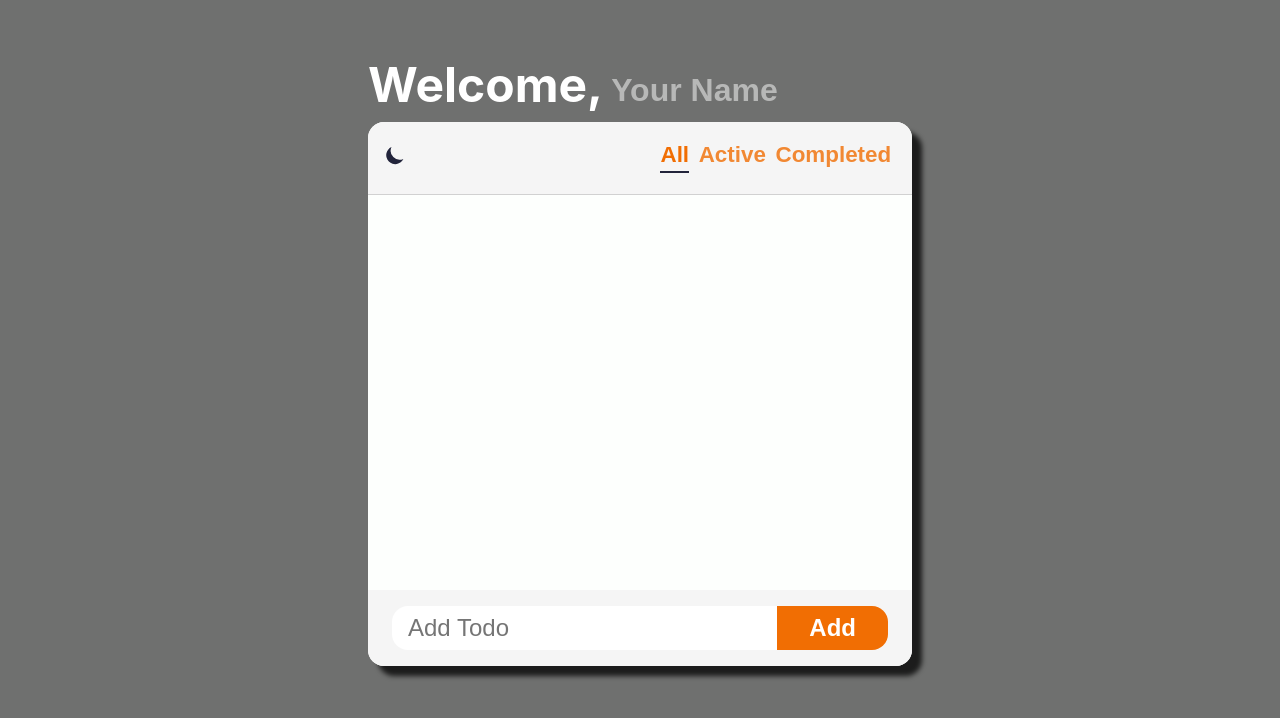
Repository: MrJinkyu/TodoList
Page: /
An editor plug-in stored every save of this project. The page is shown before and after the next save, followed by the edit.
The browser window is 1280 px wide. The pictures show the whole page.
The project was rebuilt for these pictures with package versions that can differ from the ones it lists, and the page was loaded fresh each time. Also part of the build but not shown: src/components/Todo.module.css, src/components/Todo.jsx.

Above is the page before, as saved 2023-05-01 16:56:29.

### src/index.js
import React from 'react';
import ReactDOM from 'react-dom/client';
import './index.css';
import App from './App';
import reportWebVitals from './reportWebVitals';
import Greeting from './components/Greeting';

const root = ReactDOM.createRoot(document.getElementById('root'));
root.render(
  <React.StrictMode>
    <Greeting/>
    <App />
  </React.StrictMode>
);

// If you want to start measuring performance in your app, pass a function
// to log results (for example: reportWebVitals(console.log))
// or send to an analytics endpoint. Learn more: https://bit.ly/CRA-vitals
reportWebVitals();

### src/index.css
:root{
  --color-body: #6f706f;
  --color-bg-dark:#f5f5f5;
  --color-bg: #fdfffd;
  --color-grey: #d1d1d1;
  --color-text: #22243b;
  --color-accent: #f16e03;
  --color-white: white;
  --color-scrollbar: #aaa7a7;
}

html.dark{
  --color-bg-dark: #1a1c35;
  --color-bg: #22243b;
  --color-grey: #4e4e4e;
  --color-text: #fdfffd;
}

*{
  box-sizing: border-box;
  padding: 0;
  margin: 0;
}

button{
  border: none;
  outline: none;
  cursor: pointer;
  background-color: transparent;
}

ul,li{
  list-style: none;
}

body {
  margin: 0;
  font-family: -apple-system, BlinkMacSystemFont, 'Segoe UI', 'Roboto', 'Oxygen',
    'Ubuntu', 'Cantarell', 'Fira Sans', 'Droid Sans', 'Helvetica Neue',
    sans-serif;
  -webkit-font-smoothing: antialiased;
  -moz-osx-font-smoothing: grayscale;
  width: 100vw;
  height: 100vh;
  display: flex;
  justify-content: center;
  align-items: center;
  background-color: var(--color-body);
  font-size: 1.2rem;
  accent-color: var(--color-accent);
}

code {
  font-family: source-code-pro, Menlo, Monaco, Consolas, 'Courier New',
    monospace;
}

::-webkit-scrollbar {
  width: 0.5rem
}

::-webkit-scrollbar-track {
  background-color: var(--color-bg-dark);
}

::-webkit-scrollbar-thumb {
  background-color: var(--color-scrollbar);
}

::-webkit-scrollbar-thumb:hover {
  background-color: var(--color-accent);
}

### src/App.js
import { useState } from "react";
import TodoList from "./components/TodoList";
import Header from "./components/Header";
import { DarkModeProvider } from "./context/DarkModeContext";
import './App.css';

const filters = ['all', 'active', 'completed'];
function App() {
  const [filter, setFilter] = useState(filters[0]);
  return (
    <div className="app">
    <DarkModeProvider>
      <Header filters={filters} filter={filter} onFilterChange={setFilter}/>
      <TodoList filter={filter}/>
    </DarkModeProvider>
    </div>
  );
}

export default App;

### src/components/Greeting.jsx
import React, { useEffect, useState } from 'react';
import styles from './Greeting.module.css';

export default function Greeting() {
    const [name, setName] = useState(readName);
    const handleChange = (e) => {
        setName(e.target.value);
    }
    useEffect(()=>{
        localStorage.setItem('name',JSON.stringify(name));
    },[name]);
    return (
        <div className={styles.greeting}>
            <h2>Welcome,</h2>
            <input
                placeholder='your name'
                type='text'
                className={styles.text}
                value={name}
                onChange={handleChange}
            />
        </div>
    );
}

function readName(){
    const name = localStorage.getItem('name');
    return name ? JSON.parse(name) : '';
}

### src/components/TodoList.jsx
import React, { useEffect, useState } from 'react';
import AddTodo from './AddTodo';
import Todo from './Todo';
import styles from './TodoList.module.css';

export default function TodoList({filter}) {
    const [todos, setTodos] = useState(readTodo);
    const handleAdd = (todo) => {
        setTodos([...todos, todo]);
    }
    const handleUpdate = (updated) => {
        setTodos(todos.map((todo) => todo.id === updated.id ? updated : todo));
    }
    const handleDelete = (deleted) => {
        setTodos(todos.filter((todo) => todo.id !== deleted.id));
    }
    const filtered = getFilteredItems(todos, filter);

    useEffect(()=>{
        localStorage.setItem('todos',JSON.stringify(todos));
    },[todos]);
    return (
        <section className={styles.container}>
            <ul className={styles.list}>
                {filtered.map((item) => (
                    <Todo
                        key={item.id}
                        todo={item}
                        onUpdate={handleUpdate}
                        onDelete={handleDelete}
                    />
                ))}
            </ul>
            <AddTodo onAdd={handleAdd}/>
        </section>
    );
}

function getFilteredItems(todos, filter){
    if(filter === 'all'){
        return todos;
    }
    return todos.filter((todo) => todo.status === filter);
}

function readTodo(){
    const todos = localStorage.getItem('todos');
    return todos ? JSON.parse(todos) : [];
}

### src/components/Header.jsx
import React from 'react';
import styles from './Header.module.css';
import { useDarkMode } from '../context/DarkModeContext';
import { HiMoon, HiSun } from 'react-icons/hi';

export default function Header({filters, filter, onFilterChange}) {
    const {darkMode, toggleDarkMode} = useDarkMode();

    return (
        <header className={styles.header}>
            <button className={styles.toggle} onClick={toggleDarkMode}>
                {!darkMode && <HiMoon></HiMoon>}
                {darkMode && <HiSun></HiSun>}
            </button>
            <ul className={styles.filters}>
                {filters.map((value,index) => (
                    <li key={index}>
                        <button
                            onClick={() => onFilterChange(value)}
                            className={`${styles.filter} ${filter === value && styles.selected}`}
                        >
                            {value}
                        </button>
                    </li>
                ))}
            </ul>
        </header>
    );
}

### src/context/DarkModeContext.jsx
const { createContext, useState, useContext } = require("react");

const DarkModeContext = createContext();

export function DarkModeProvider({children}){
    const [darkMode, setDarkMode] = useState(false);
    const toggleDarkMode = () => {
        setDarkMode(!darkMode);
        updateDarkMode(!darkMode);
    }

    return (
        <DarkModeContext.Provider value={{darkMode, toggleDarkMode}}>
            {children}
        </DarkModeContext.Provider>
    )
}

export const useDarkMode = () => useContext(DarkModeContext);

function updateDarkMode(darkMode){
    if(darkMode){
        document.documentElement.classList.add('dark');
    }else{
        document.documentElement.classList.remove('dark');
    }
}

### src/App.css
.app{
    overflow: hidden;
    display: flex;
    flex-direction: column;
    width: 34rem;
    height: 34rem;
    background-color: var(--color-bg);
    border-radius: 1rem;
    box-shadow: 10px 10px 5px 0px rgba(0,0,0,0.75);
  -webkit-box-shadow: 10px 10px 5px 0px rgba(0,0,0,0.75);
  -moz-box-shadow: 10px 10px 5px 0px rgba(0,0,0,0.75);
  }

### src/components/Greeting.module.css
.greeting{
    width: 34rem;
    display: flex;
    align-items: center;
    color: var(--color-white);
    font-size: 2rem;
    margin-bottom: 0.5rem;
}

h2{
    animation: show 2s 1s forwards;
    opacity: 0;
}

@keyframes show {
    from{
        opacity: 0;
    }
    to{
        opacity: 1;
    }
}

.text{
    margin-left: 0.5rem;
    border: none;
    outline: none;
    cursor: pointer;
    background-color: transparent;
    color: var(--color-white);
    font-size: 3rem;
    font-weight: bold;
    text-transform: capitalize;
    flex: 1 1 auto;
    animation: show 2s 2s forwards;
    opacity: 0;
}

.text::placeholder{

    font-size: 2rem;
    color: white;
    opacity: 0.5;
}

### src/components/AddTodo.jsx
import React, { useState } from 'react';
import {v4 as uuidv4} from 'uuid';
import styles from './AddTodo.module.css';

export default function AddTodo({onAdd}) {
    const [text, setText] = useState('');
    const handleChange = (e) => {
        setText(e.target.value);
    }
    const handleSubmit = (e) => {
        e.preventDefault();
        if(text.trim().length === 0){
            return ;
        }
        onAdd({ id: uuidv4(), text, status: 'active' });
        setText('');
    }
    return (
        <form className={styles.form} onSubmit={handleSubmit}>
            <input
                className={styles.input}
                type="text"
                value={text}
                onChange={handleChange}
                placeholder='Add Todo'
            />
            <button className={styles.button}>Add</button>
        </form>
    );
}

### src/components/TodoList.module.css
.container{
    height: 100%;
    display: flex;
    flex-direction: column;
    min-height: 0;
}

.list{
    flex: 1 1 auto;
    padding: 0.7rem 1rem;
    overflow-y: auto;
}

### src/components/Header.module.css
.header{
    background-color: var(--color-bg-dark);
    display: flex;
    justify-content: space-between;
    align-items: center;
    padding: 1rem;
    border-bottom: 1px solid var(--color-grey);
}

.toggle{
    font-size: 1.4rem;
    color: var(--color-text);
    transition: all 150ms ease-out;
}

.toggle:hover{
    color: var(--color-accent);
    transform: scale(1.1);
}

.filters{
    display: flex;
}

.filter{
    margin: 0.3rem;
    font-size: 1.4rem;
    color: var(--color-accent);
    font-weight: bold;
    opacity: 0.8;
    text-transform: capitalize;
}

.filter:hover,
.filter.selected{
    opacity: 1;
}

.filter.selected::after{
    content: '';
    display: block;
    margin-top: 0.2rem;
    border: 1px solid var(--color-text);
}

### src/components/AddTodo.module.css
.form{
    width: 100%;
    display: flex;
    padding: 1rem 1.5rem;
    background-color: var(--color-bg-dark);
}

.input{
    font-size: 1.5rem;
    border: none;
    outline: none;
    padding: 0.5rem 1rem;
    flex: 1 0 auto;
    border-top-left-radius: 1rem;
    border-bottom-left-radius: 1rem;
}

.button{
    padding: 0 2rem;
    font-size: 1.5rem;
    font-weight: bold;
    background-color: var(--color-accent);
    color: var(--color-white);
    border-top-right-radius: 1rem;
    border-bottom-right-radius: 1rem;
}

.button:hover{
    filter: brightness(125%);
}

Loaded but not shown: public/index.html (common file); src/reportWebVitals.js (common file)

After the next save:
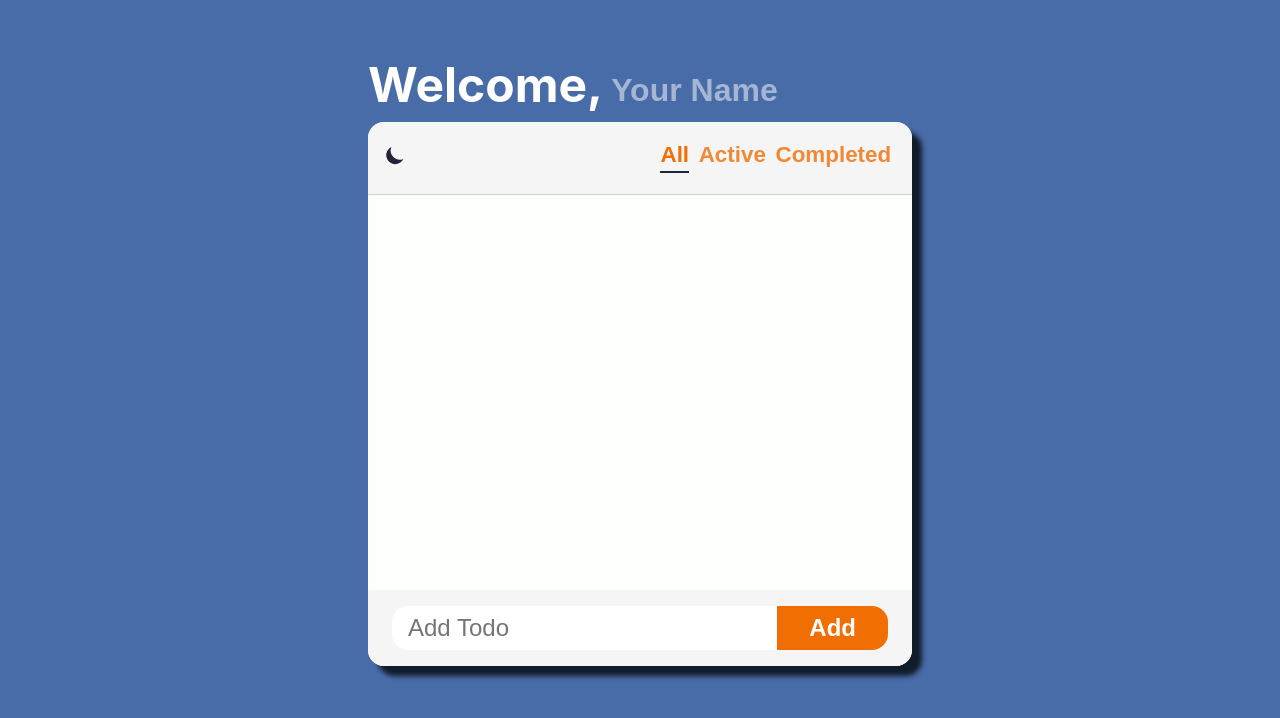
Saved 2 h 42 min later.
--- a/src/index.css
+++ b/src/index.css
@@ -1,5 +1,5 @@
 :root{
-  --color-body: #6f706f;
+  --color-body: #486ca8;
   --color-bg-dark:#f5f5f5;
   --color-bg: #fdfffd;
   --color-grey: #d1d1d1;
